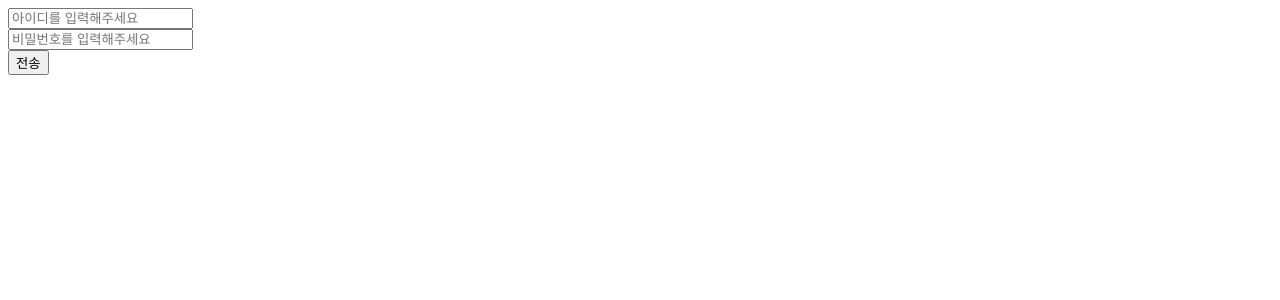
Repository: kimeuiyeob/KOPO_JSP_Study_2
Page: http://localhost/JspStudy/Ajax.jsp
An editor plug-in stored every save of this project. The page is shown before and after the next save, followed by the edit.
The browser window is 1280 px wide. The pictures show the whole page.
The page is served by Tomcat 9.

Above is the page before, as saved 2023-06-20 23:59:17.

After the next save:
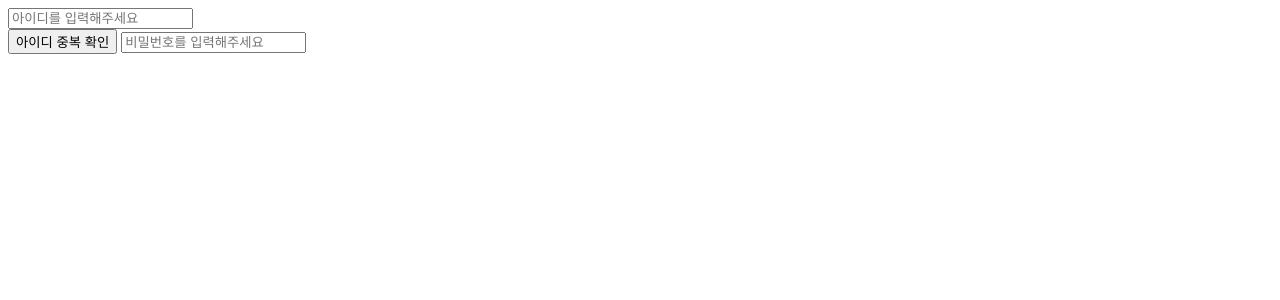
Saved 72 s later.
--- a/JspStudy/src/main/webapp/Ajax.jsp
+++ b/JspStudy/src/main/webapp/Ajax.jsp
@@ -48,10 +48,10 @@
 		<input type="text" name="id" id="id" placeholder="아이디를 입력해주세요">
 
 		<div id="msg"></div>
+		<button type="button" id="goAjax">아이디 중복 확인</button>
 
 		<input type="password" name="pw" id="pw" placeholder="비밀번호를 입력해주세요">
 	</form>
-	<button type="button" id="goAjax">전송</button>
 
 </body>
 </html>
